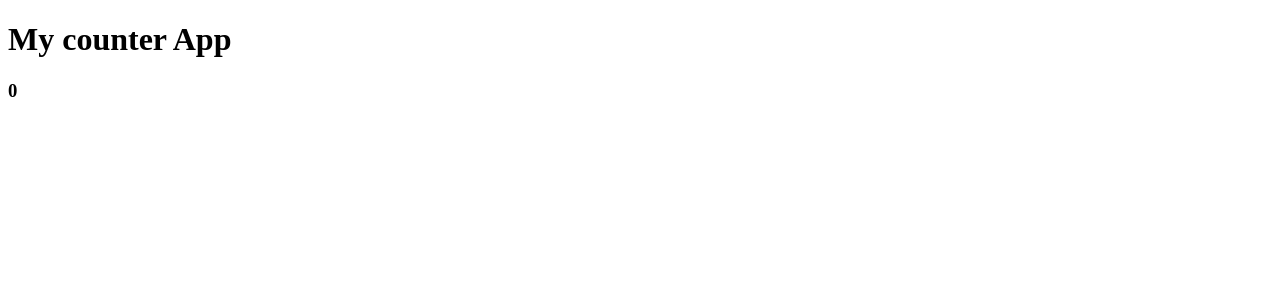
Repository: theanmol-raj/redux--
Page: /
These files come from the project's save history. The page is drawn as it stood at one moment and after a run of saves; the edit follows.
The browser window is 1280 px wide. The pictures show the whole page.
The project was rebuilt for these pictures with package versions that can differ from the ones it lists, and the page was loaded fresh each time. Also part of the build but not shown: src/index.css.

Above is the page before, as saved 2023-01-10 21:30:07.

### src/index.js
import React from 'react';
import ReactDOM from 'react-dom/client';
import './index.css';
import App from './App';
import {Provider } from "react-redux"
import store from './store';

const root = ReactDOM.createRoot(document.getElementById('root'));
root.render(
    <Provider store={store}>
        <App />
    </Provider>

);

### src/App.js
import React from 'react'
import { useSelector ,useDispatch } from 'react-redux'


function App() {
  const {counter} = useSelector(store => store)
  // console.log(x)

  return (
    <div>
      <h1>My counter App</h1>
      <h3>{counter}</h3>
      {/* Store  */}
      {/* Dispatch */}
      {/* Reducers      */}
      {/* Actions */}
    </div>
  )
}

export default App

### src/store.js
import { createStore } from 'redux'



//
// const [counter ,setCounter] = useState(0)

const reducerFunction = (state = { counter : 0 } , action) => {


    return state ;
}



const store = createStore(reducerFunction) ;

export default store ;


// Store

Loaded but not shown: public/index.html (common file)

After the next 2 saves:
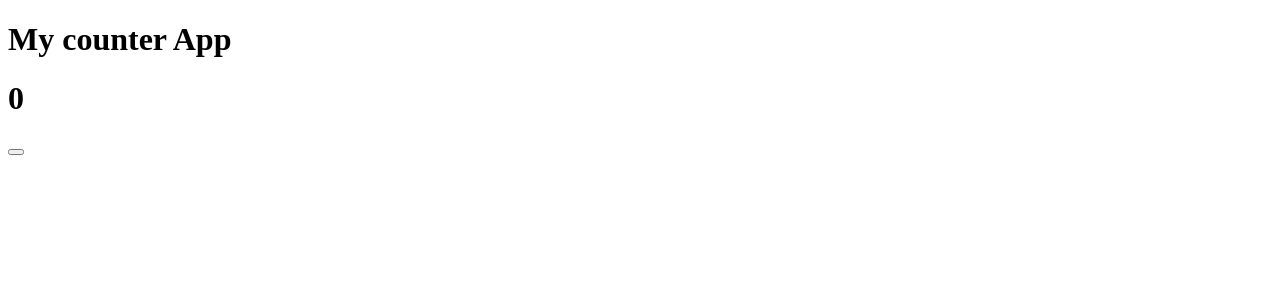
The 2 saves are shown as one change because 1 did not build or start.
The last was saved 2 min 5 s later.
--- a/src/App.js
+++ b/src/App.js
@@ -6,10 +6,15 @@ function App() {
   const {counter} = useSelector(store => store)
   // console.log(x)
 
+  const increment = () => {
+
+  }
+
   return (
     <div>
       <h1>My counter App</h1>
-      <h3>{counter}</h3>
+      <h1>{counter}</h1>
+      <button></button>
       {/* Store  */}
       {/* Dispatch */}
       {/* Reducers      */}
